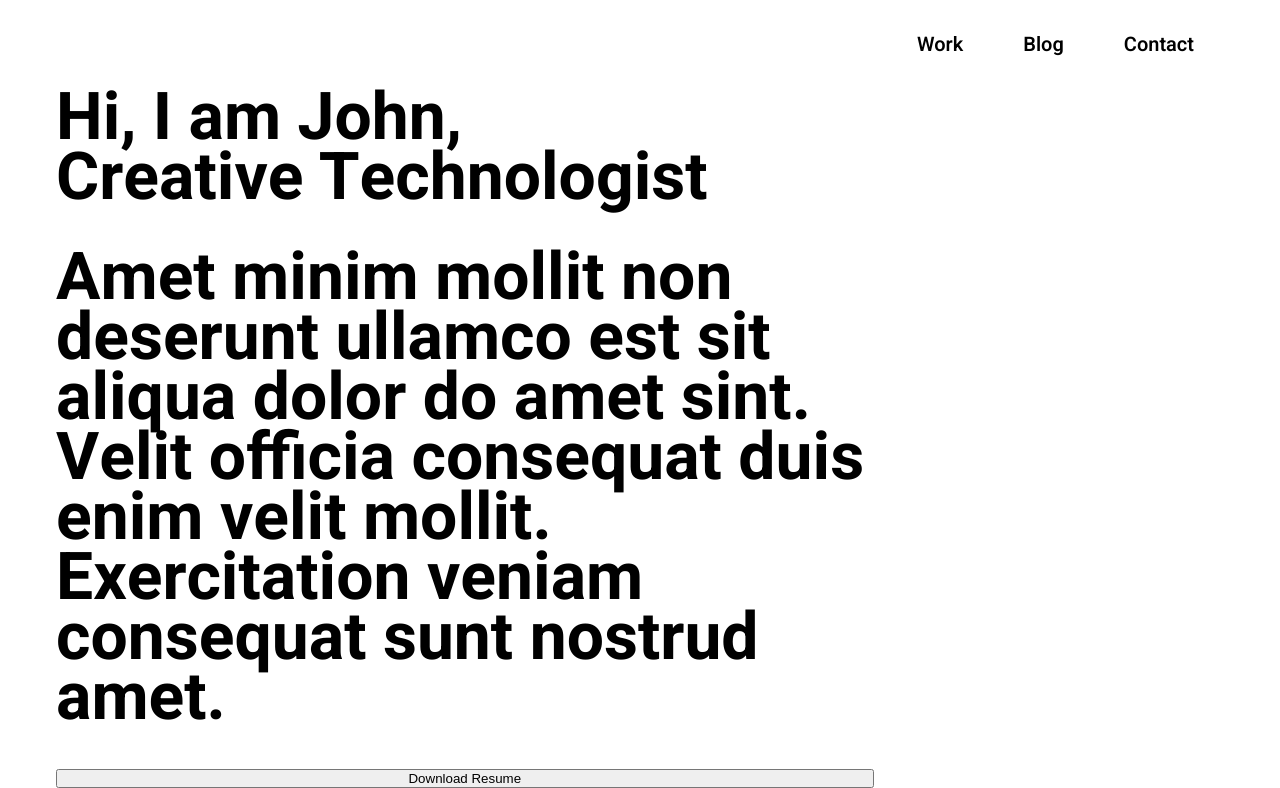
Repository: sharma171/portfolio
Page: /
These files come from the project's save history. The page is drawn as it stood at one moment and after the next save; the edit follows.
The browser window is 1280 px wide. The pictures show the whole page.
The project was rebuilt for these pictures with package versions that can differ from the ones it lists, and the page was loaded fresh each time. The framework's server and built-in components were replaced by stand-ins that run in the browser. Also part of the build but not shown: next.config.mjs.

Above is the page before, as saved 2024-05-31 23:51:00.

After the next save:
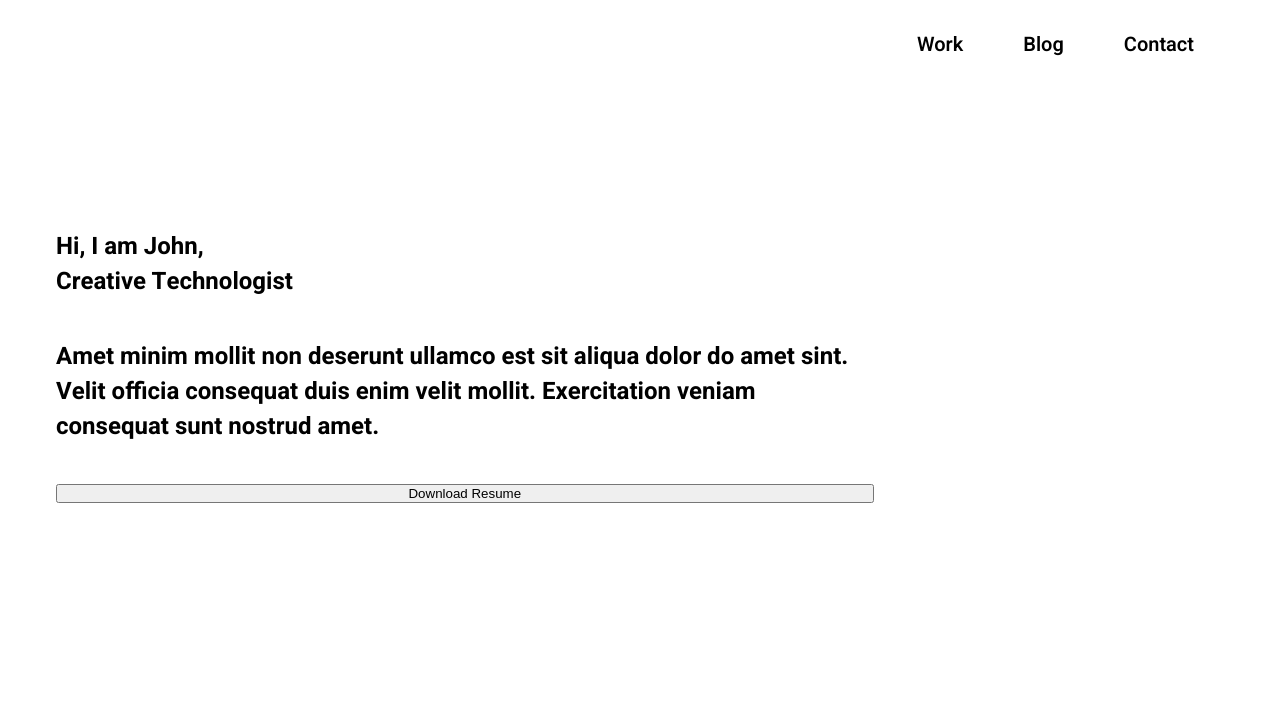
Saved 13 min 53 s later.
--- a/src/app/page.css
+++ b/src/app/page.css
@@ -12,8 +12,8 @@
   gap: 40px;
 }
 .hero .hero-lhs .hero-cta {
-  font-size: 2.75rem;
-  line-height: 3.75rem;
+  margin-top: 140px;
+  margin-bottom: 70px;
 }
 .hero .hero-rhs {
   width: 30%;
